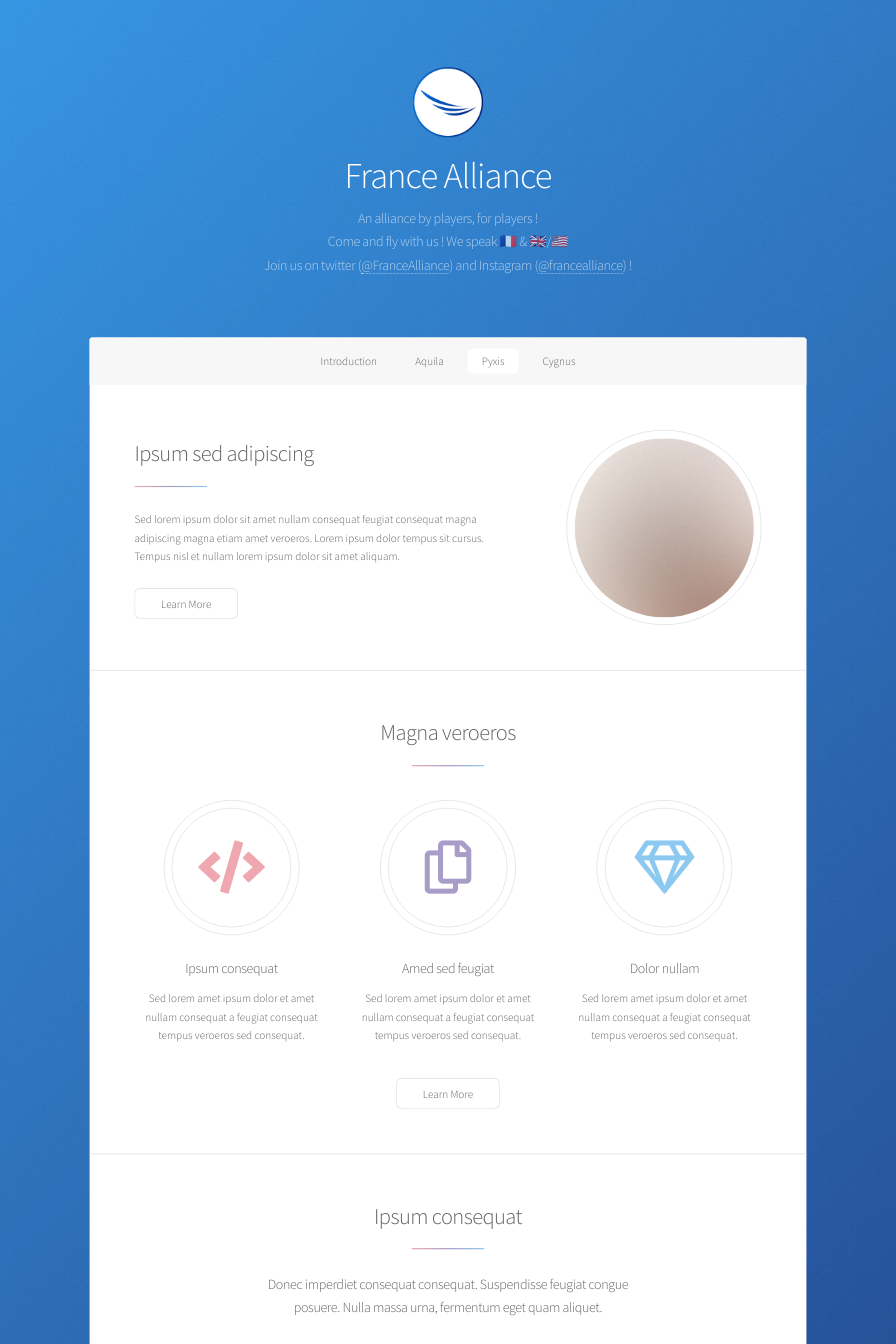
Repository: France-Alliance/France-Alliance.github.io
Page: index.html
An editor plug-in stored every save of this project. The page is shown before and after the next save, followed by the edit.
The browser window is 1280 px wide. The pictures show the part of the page from y = 0 to 1920 px (the page is 3326 px tall), at 70% of full size.

Above is the page before, as saved 2021-04-05 23:28:04.

### index.html
<!DOCTYPE HTML>
<!--
	From Stellar by HTML5 UP
	html5up.net | @ajlkn
	Free for personal and commercial use under the CCA 3.0 license (html5up.net/license)
-->
<html>
	<head>
		<title>France Alliance</title>
		<meta charset="utf-8" />
		<meta name="viewport" content="width=device-width, initial-scale=1, user-scalable=no" />
		<link rel="stylesheet" href="assets/css/main.css" />
		<noscript><link rel="stylesheet" href="assets/css/noscript.css" /></noscript>
		<script src="https://twemoji.maxcdn.com/v/latest/twemoji.min.js" crossorigin="anonymous"></script>
	</head>
	<body class="is-preload">

		<!-- Wrapper -->
			<div id="wrapper">

				<!-- Header -->
					<header id="header" class="alt">
						<span class="logo"><img src="images/Fichier 1.png" alt="" /></span>
						<h1>France Alliance</h1>
						<p>An alliance by players, for players !<br>
						Come and fly with us ! We speak &#x1F1EB&#x1F1F7; & 🇬🇧/🇺🇸
						<br>Join us on twitter (<a href="https://twitter.com/FranceAlliance">@FranceAlliance</a>) and Instagram (<a href="https://www.instagram.com/francealliance/">@francealliance</a>) !</p>
					</header>

				<!-- Nav -->
					<nav id="nav">
						<ul>
							<li><a href="#intro" class="active">Introduction</a></li>
							<li><a href="#first">Aquila</a></li>
							<li><a href="#second">Pyxis</a></li>
							<li><a href="#cta">Cygnus</a></li>
						</ul>
					</nav>

				<!-- Main -->
					<div id="main">

						<!-- Introduction -->
							<section id="intro" class="main">
								<div class="spotlight">
									<div class="content">
										<header class="major">
											<h2>Ipsum sed adipiscing</h2>
										</header>
										<p>Sed lorem ipsum dolor sit amet nullam consequat feugiat consequat magna
										adipiscing magna etiam amet veroeros. Lorem ipsum dolor tempus sit cursus.
										Tempus nisl et nullam lorem ipsum dolor sit amet aliquam.</p>
										<ul class="actions">
											<li><a href="generic.html" class="button">Learn More</a></li>
										</ul>
									</div>
									<span class="image"><img src="images/pic01.jpg" alt="" /></span>
								</div>
							</section>

						<!-- First Section -->
							<section id="first" class="main special">
								<header class="major">
									<h2>Magna veroeros</h2>
								</header>
								<ul class="features">
									<li>
										<span class="icon solid major style1 fa-code"></span>
										<h3>Ipsum consequat</h3>
										<p>Sed lorem amet ipsum dolor et amet nullam consequat a feugiat consequat tempus veroeros sed consequat.</p>
									</li>
									<li>
										<span class="icon major style3 fa-copy"></span>
										<h3>Amed sed feugiat</h3>
										<p>Sed lorem amet ipsum dolor et amet nullam consequat a feugiat consequat tempus veroeros sed consequat.</p>
									</li>
									<li>
										<span class="icon major style5 fa-gem"></span>
										<h3>Dolor nullam</h3>
										<p>Sed lorem amet ipsum dolor et amet nullam consequat a feugiat consequat tempus veroeros sed consequat.</p>
									</li>
								</ul>
								<footer class="major">
									<ul class="actions special">
										<li><a href="generic.html" class="button">Learn More</a></li>
									</ul>
								</footer>
							</section>

						<!-- Second Section -->
							<section id="second" class="main special">
								<header class="major">
									<h2>Ipsum consequat</h2>
									<p>Donec imperdiet consequat consequat. Suspendisse feugiat congue<br />
									posuere. Nulla massa urna, fermentum eget quam aliquet.</p>
								</header>
								<ul class="statistics">
									<li class="style1">
										<span class="icon solid fa-code-branch"></span>
										<strong>5,120</strong> Etiam
									</li>
									<li class="style2">
										<span class="icon fa-folder-open"></span>
										<strong>8,192</strong> Magna
									</li>
									<li class="style3">
										<span class="icon solid fa-signal"></span>
										<strong>2,048</strong> Tempus
									</li>
									<li class="style4">
										<span class="icon solid fa-laptop"></span>
										<strong>4,096</strong> Aliquam
									</li>
									<li class="style5">
										<span class="icon fa-gem"></span>
										<strong>1,024</strong> Nullam
									</li>
								</ul>
								<p class="content">Nam elementum nisl et mi a commodo porttitor. Morbi sit amet nisl eu arcu faucibus hendrerit vel a risus. Nam a orci mi, elementum ac arcu sit amet, fermentum pellentesque et purus. Integer maximus varius lorem, sed convallis diam accumsan sed. Etiam porttitor placerat sapien, sed eleifend a enim pulvinar faucibus semper quis ut arcu. Ut non nisl a mollis est efficitur vestibulum. Integer eget purus nec nulla mattis et accumsan ut magna libero. Morbi auctor iaculis porttitor. Sed ut magna ac risus et hendrerit scelerisque. Praesent eleifend lacus in lectus aliquam porta. Cras eu ornare dui curabitur lacinia.</p>
								<footer class="major">
									<ul class="actions special">
										<li><a href="generic.html" class="button">Learn More</a></li>
									</ul>
								</footer>
							</section>

						<!-- Get Started -->
							<section id="cta" class="main special">
								<header class="major">
									<h2>Congue imperdiet</h2>
									<p>Donec imperdiet consequat consequat. Suspendisse feugiat congue<br />
									posuere. Nulla massa urna, fermentum eget quam aliquet.</p>
								</header>
								<footer class="major">
									<ul class="actions special">
										<li><a href="generic.html" class="button primary">Get Started</a></li>
										<li><a href="generic.html" class="button">Learn More</a></li>
									</ul>
								</footer>
							</section>

					</div>

				<!-- Footer -->
					<footer id="footer">
						<section>
							<h2>Aliquam sed mauris</h2>
							<p>Sed lorem ipsum dolor sit amet et nullam consequat feugiat consequat magna adipiscing tempus etiam dolore veroeros. eget dapibus mauris. Cras aliquet, nisl ut viverra sollicitudin, ligula erat egestas velit, vitae tincidunt odio.</p>
							<ul class="actions">
								<li><a href="generic.html" class="button">Learn More</a></li>
							</ul>
						</section>
						<section>
							<h2>Etiam feugiat</h2>
							<dl class="alt">
								<dt>Address</dt>
								<dd>1234 Somewhere Road &bull; Nashville, TN 00000 &bull; USA</dd>
								<dt>Phone</dt>
								<dd>(000) 000-0000 x 0000</dd>
								<dt>Email</dt>
								<dd><a href="#">information@untitled.tld</a></dd>
							</dl>
							<ul class="icons">
								<li><a href="#" class="icon brands fa-twitter alt"><span class="label">Twitter</span></a></li>
								<li><a href="#" class="icon brands fa-facebook-f alt"><span class="label">Facebook</span></a></li>
								<li><a href="#" class="icon brands fa-instagram alt"><span class="label">Instagram</span></a></li>
								<li><a href="#" class="icon brands fa-github alt"><span class="label">GitHub</span></a></li>
								<li><a href="#" class="icon brands fa-dribbble alt"><span class="label">Dribbble</span></a></li>
							</ul>
						</section>
						<p class="copyright">&copy; Untitled. Design: <a href="https://html5up.net">HTML5 UP</a>.</p>
					</footer>

			</div>

		<!-- Scripts -->
			<script src="assets/js/jquery.min.js"></script>
			<script src="assets/js/jquery.scrollex.min.js"></script>
			<script src="assets/js/jquery.scrolly.min.js"></script>
			<script src="assets/js/browser.min.js"></script>
			<script src="assets/js/breakpoints.min.js"></script>
			<script src="assets/js/util.js"></script>
			<script src="assets/js/main.js"></script>

	</body>
</html>

Loaded but not shown: assets/js/jquery.min.js (library); assets/js/jquery.scrollex.min.js (common file); assets/css/fontawesome-all.min.css (library); assets/js/jquery.scrolly.min.js (common file); assets/js/browser.min.js (common file); assets/js/breakpoints.min.js (common file); assets/js/util.js (587 lines, source omitted); assets/js/main.js (123 lines, source omitted); assets/css/main.css (3784 lines, source omitted)

After the next save:
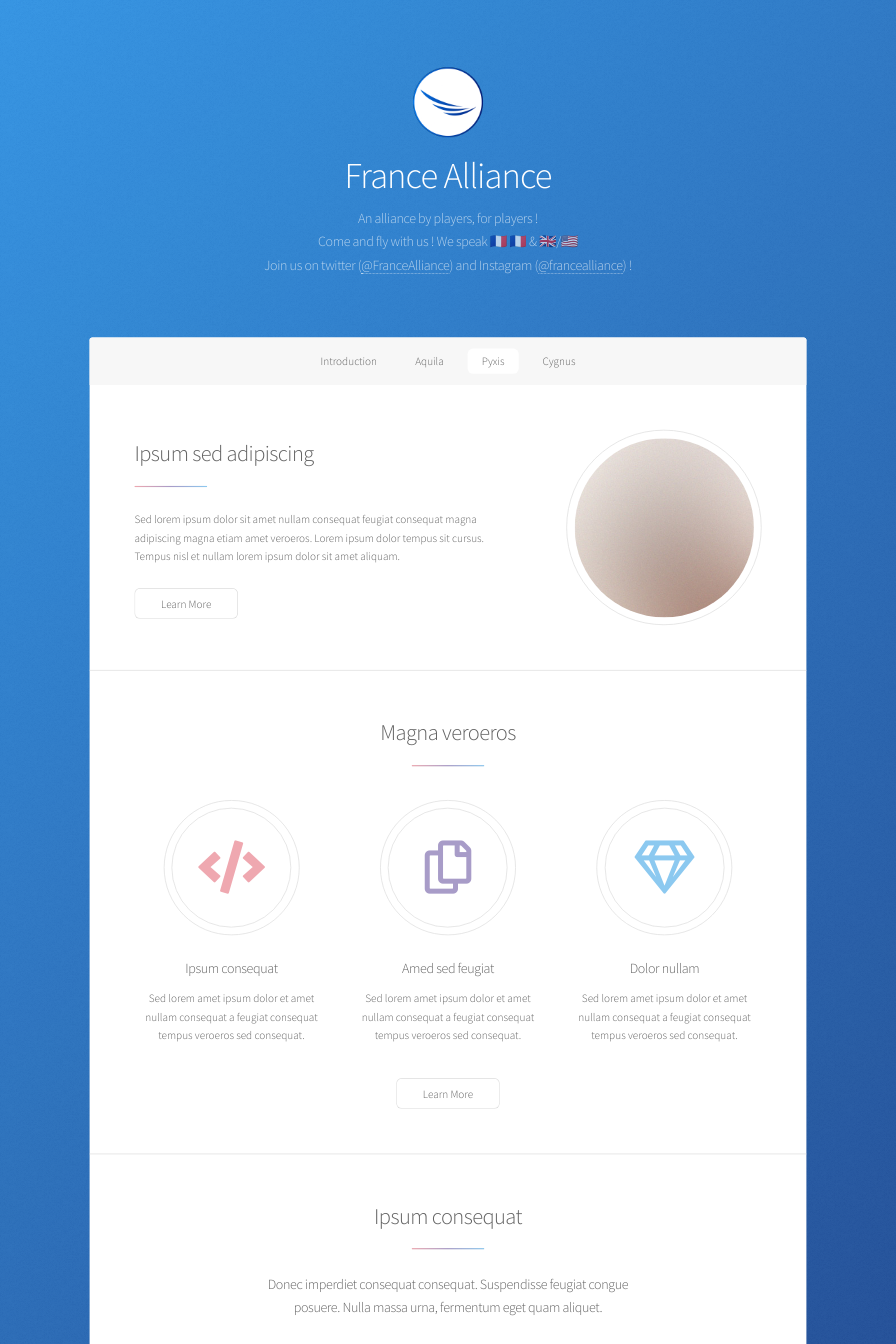
Saved 5 min 9 s later.
--- a/index.html
+++ b/index.html
@@ -23,7 +23,7 @@
 						<span class="logo"><img src="images/Fichier 1.png" alt="" /></span>
 						<h1>France Alliance</h1>
 						<p>An alliance by players, for players !<br>
-						Come and fly with us ! We speak &#x1F1EB&#x1F1F7; & 🇬🇧/🇺🇸
+						Come and fly with us ! We speak 🇨🇵 🇫🇷 & 🇬🇧/🇺🇸
 						<br>Join us on twitter (<a href="https://twitter.com/FranceAlliance">@FranceAlliance</a>) and Instagram (<a href="https://www.instagram.com/francealliance/">@francealliance</a>) !</p>
 					</header>
 
